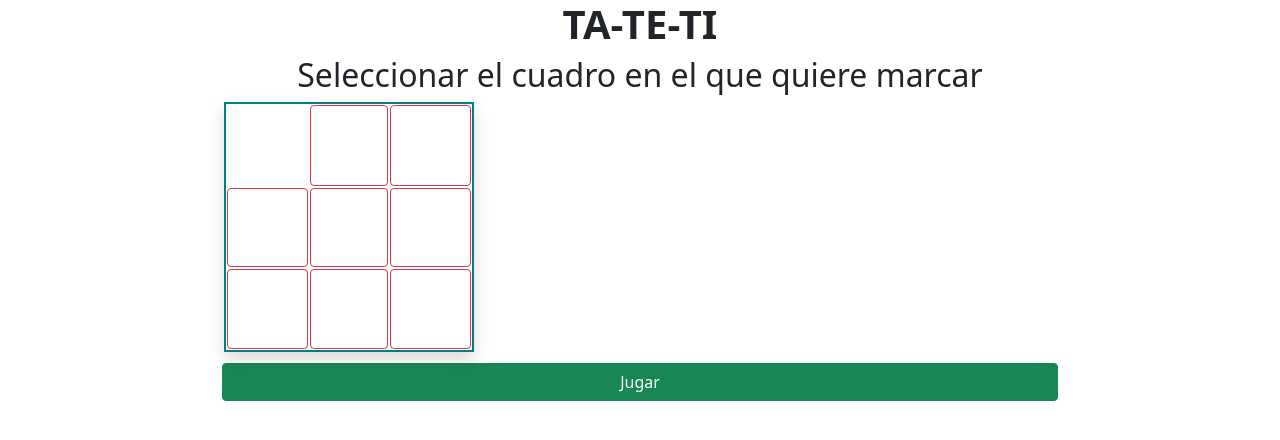
Repository: Lean97-start/TATETI
Page: Tateti.html
The author's editor kept a copy of each file at every save. The page is drawn from the files as they stood at one save, then again after the next save.
The browser window is 1280 px wide. The pictures show the whole page.

Above is the page before, as saved 2021-07-11 23:07:12.
Console error: SyntaxError: Unexpected token ')'

After the next save:
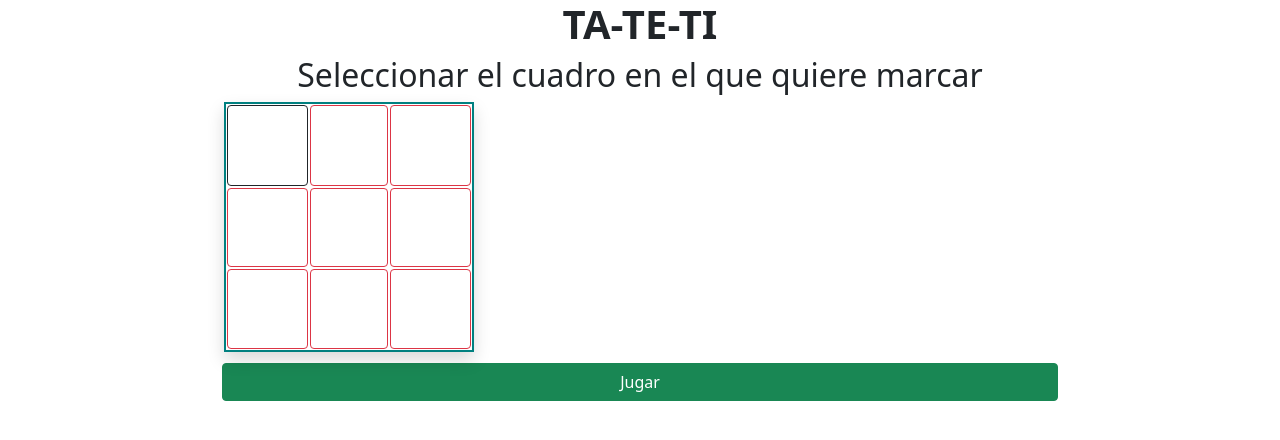
Saved 8 s later.
--- a/Tateti.html
+++ b/Tateti.html
@@ -16,7 +16,7 @@
             <div class="row w-50 h-50 bg-white">
                 <table class="shadow " id="cuadro">
                     <tr>
-                        <td><button class="btn btn-link w-100 h-100 border-" id="11"></button></td>
+                        <td><button class="btn btn-link w-100 h-100 border-dark" id="11"></button></td>
                         <td><button class="btn btn-outline-danger w-100 h-100" id="21"></button></td>
                         <td><button class="btn btn-outline-danger w-100 h-100" id="31"></button></td>
                     </tr>
